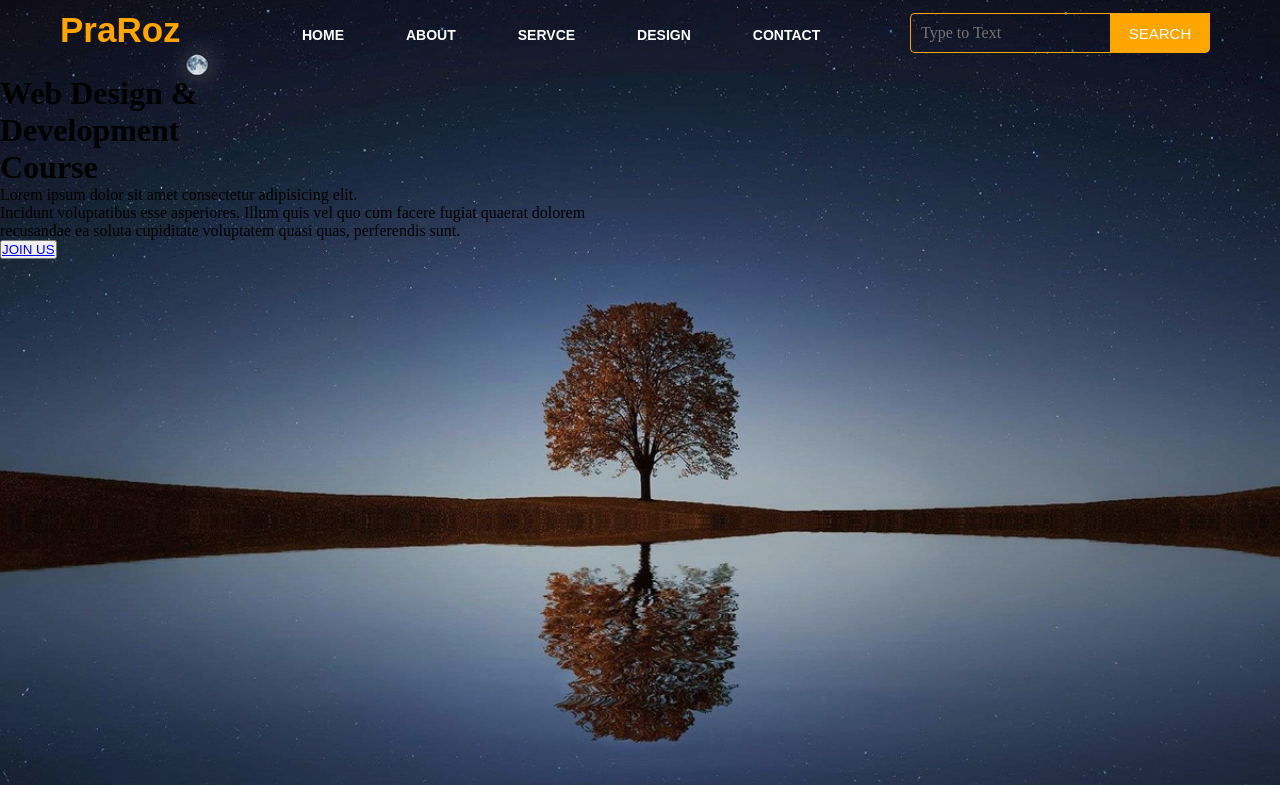
Repository: HuynhDuc23/project3
Page: index.html
An editor plug-in stored every save of this project. The page is shown before and after the next save, followed by the edit.
The browser window is 1280 px wide. The pictures show the whole page.

Above is the page before, as saved 2023-05-04 15:04:37.

After the next save:
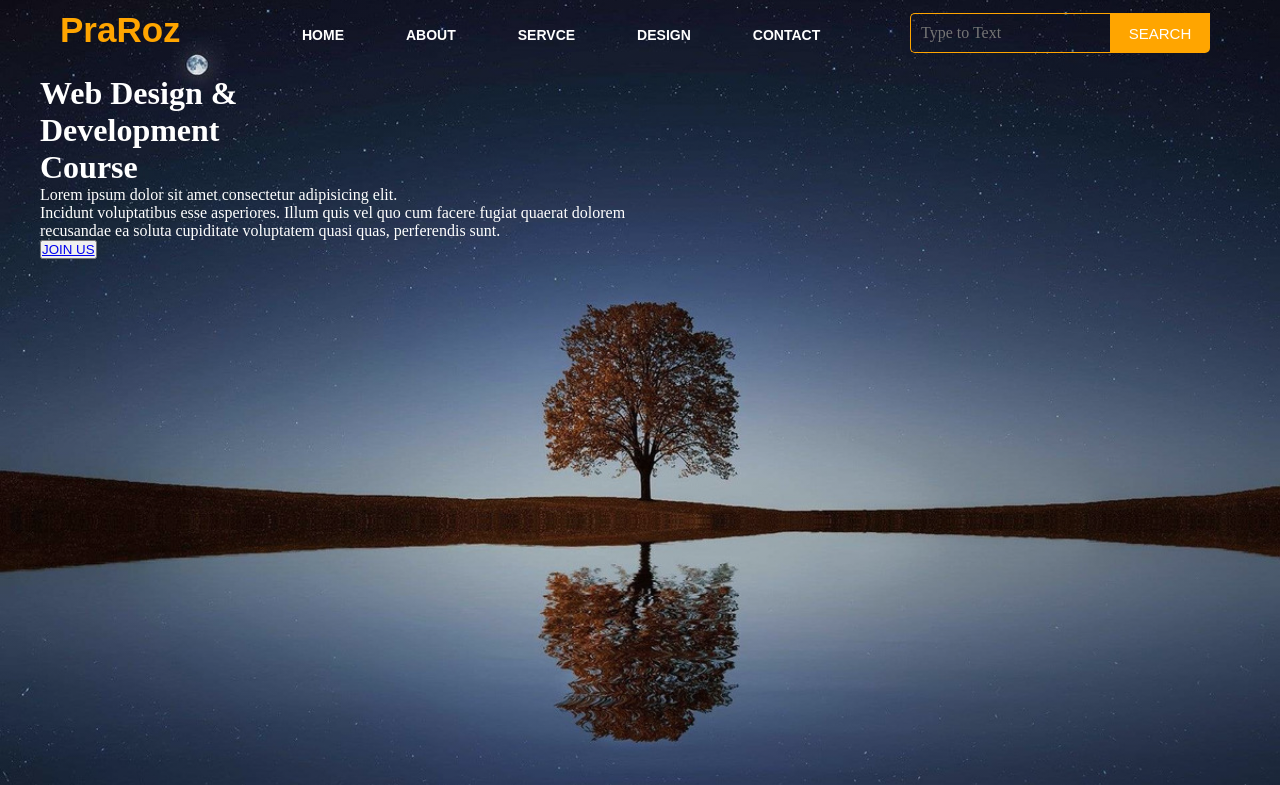
Saved 83 s later.
--- a/style.css
+++ b/style.css
@@ -102,3 +102,10 @@ ul li a:hover {
 .srch:focus {
     outline: none;
 }
+.content {
+    width: 1200px;
+    height: auto;
+    margin: auto;
+    color: white;
+    position: relative;
+}
